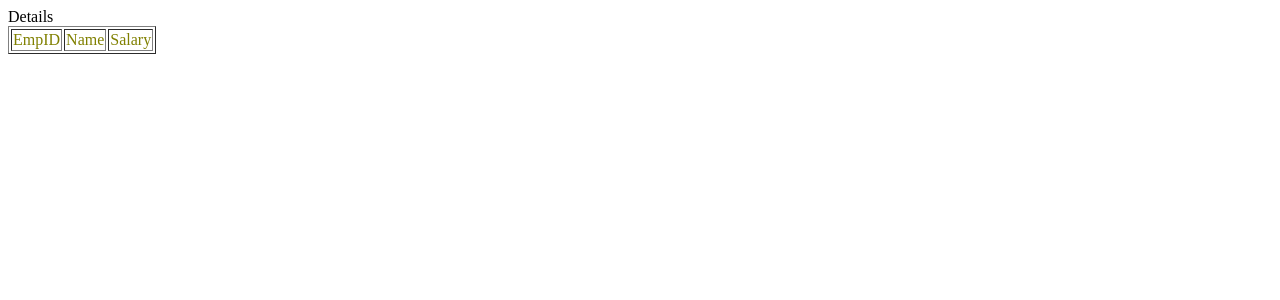
Repository: sakshipatil1305/Sak
Page: http://localhost/MyApp/showAll
These files come from the project's save history. The page is drawn as it stood at one moment and after the next save; the edit follows.
The browser window is 1280 px wide. The pictures show the whole page.
The page is served by Tomcat 9. Other server files are loaded and not shown. Queries for data that is not in the repository find no rows.

Above is the page before, as saved 2018-08-20 04:57:41.

### MyApp/WebContent/show.jsp
<%@page import="com.pojo.Employee"%>
<%@page import="java.util.List"%>
<%@ page language="java" contentType="text/html; charset=ISO-8859-1"
	pageEncoding="ISO-8859-1"%>
<!DOCTYPE html>
<html>
<head>
<meta charset="ISO-8859-1">
<title>Insert title here</title>
</head>
<body>

	<%
		List<Employee> list = (List<Employee>) request.getAttribute("employee");
	%>

	<table border="1" style="color: olive;">
		<thead align="center">
			<%
				out.println("Details");
			%>
		</thead>
		<tr>

			<td>
				<%
					out.println("EmpID");
				%>
			</td>
			<td>
				<%
					out.println("Name");
				%>
			</td>
			<td>
				<%
					out.println("Salary");
				%>
			</td>
		</tr>
		<%
			for (Employee emp : list) {
		%>
		<tr>
			<td>
				<%
					out.println(emp.getEmpid());
				%>
			</td>
			<td>
				<%
					out.println(emp.getName());
				%>
			</td>
			<td><%=emp.getSalary()%></td>
		</tr>
		<%
			}
		%>
	</table>
</body>
</html>

### MyApp/src/com/servlets/FindAllEmployee.java
package com.servlets;

import java.io.IOException;
import java.util.List;

import javax.servlet.RequestDispatcher;
import javax.servlet.ServletException;
import javax.servlet.annotation.WebServlet;
import javax.servlet.http.HttpServlet;
import javax.servlet.http.HttpServletRequest;
import javax.servlet.http.HttpServletResponse;

import com.dao.EmployeeDAO;
import com.pojo.Employee;

/**
 * Servlet implementation class FindAllEmployee
 */
@WebServlet({ "/FindAllEmployee", "/showAll" })
public class FindAllEmployee extends HttpServlet {
	private static final long serialVersionUID = 1L;

    /**
     * @see HttpServlet#HttpServlet()
     */
    public FindAllEmployee() {
        super();
        // TODO Auto-generated constructor stub
    }

	/**
	 * @see HttpServlet#doGet(HttpServletRequest request, HttpServletResponse response)
	 */
	protected void doGet(HttpServletRequest request, HttpServletResponse response) throws ServletException, IOException {
		// TODO Auto-generated method stub
		response.getWriter().append("Served at: ").append(request.getContextPath());
	EmployeeDAO dao=new EmployeeDAO();
	List<Employee> list =dao.findAllEmployees();

	request.setAttribute("employee", list);
	RequestDispatcher dispatcher=request.getRequestDispatcher("show.jsp");
	dispatcher.forward(request, response);
	}

}

### MyApp/src/com/dao/EmployeeDAO.java
package com.dao;

import java.sql.Connection;
import java.sql.ResultSet;
import java.sql.SQLException;
import java.sql.Statement;
import java.util.ArrayList;
import java.util.List;

import com.connections.MyConnection;
import com.pojo.Employee;

public class EmployeeDAO {

	public List<Employee> findAllEmployees() {
		Connection com = MyConnection.getMyConnection();
		List<Employee> employee = new ArrayList<>();

		String SELECT_ALL = "select * from employee1";

		try {
			Statement st = com.createStatement();
			ResultSet set = st.executeQuery(SELECT_ALL);

			while (set.next()) {
				Employee emp = new Employee();
				emp.setEmpid(set.getInt(1));
				emp.setName(set.getString(2));
				emp.setSalary(set.getInt(3));
				employee.add(emp);

			}
		} catch (SQLException e) {
			// TODO Auto-generated catch block
			e.printStackTrace();
		}
		return employee;

	}
}

### MyApp/src/com/connections/MyConnection.java
package com.connections;

import java.sql.Connection;
import java.sql.DriverManager;
import java.sql.SQLException;
import java.sql.Statement;

public class MyConnection {

	private static Connection con;

	public static Connection getMyConnection() {
		try {
			Class.forName("com.microsoft.sqlserver.jdbc.SQLServerDriver");
			con = DriverManager.getConnection("jdbc:sqlserver://localhost:1433;databaseName=CITI", "sa", "sa123");
			System.out.println("Connection Successful");

		} catch (ClassNotFoundException | SQLException e) {
			// TODO Auto-generated catch block
			e.printStackTrace();
		}
		return con;

	}

	public static void closeMyConnection() {

		try {
			con.close();
		} catch (SQLException e) {
			// TODO Auto-generated catch block
			e.printStackTrace();
		}
	}
}

After the next save:
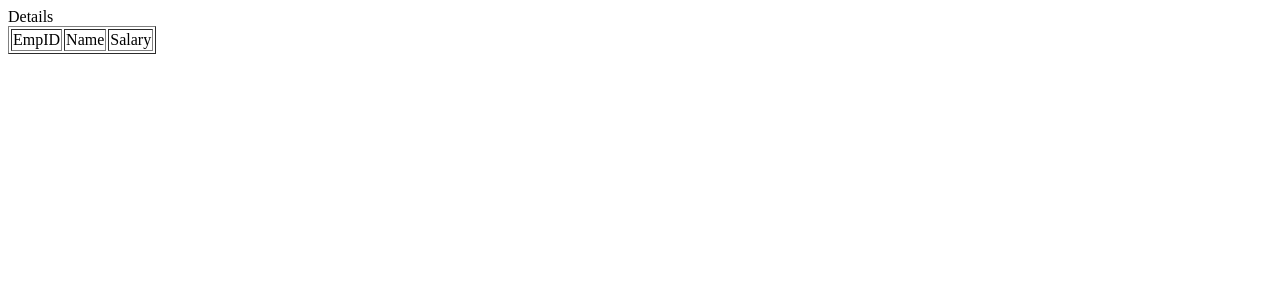
Saved 39 s later.
--- a/MyApp/WebContent/show.jsp
+++ b/MyApp/WebContent/show.jsp
@@ -14,7 +14,7 @@
 		List<Employee> list = (List<Employee>) request.getAttribute("employee");
 	%>
 
-	<table border="1" style="color: olive;">
+	<table border="1" >
 		<thead align="center">
 			<%
 				out.println("Details");

After the save that followed:
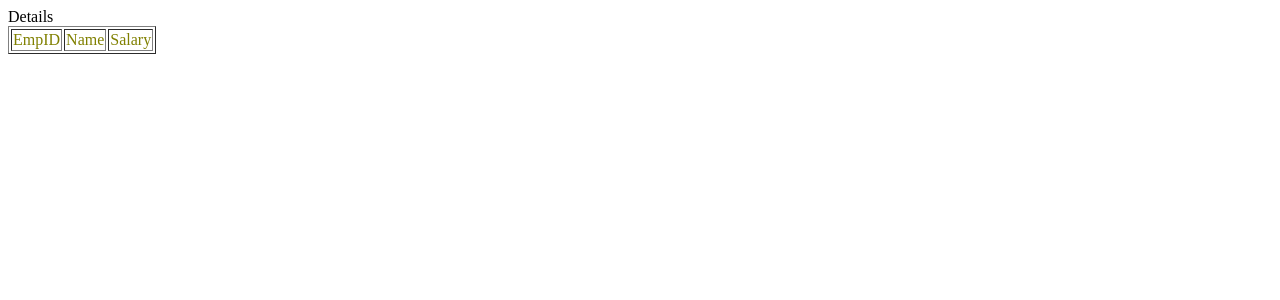
Saved 60 s later.
--- a/MyApp/WebContent/show.jsp
+++ b/MyApp/WebContent/show.jsp
@@ -14,7 +14,7 @@
 		List<Employee> list = (List<Employee>) request.getAttribute("employee");
 	%>
 
-	<table border="1" >
+	<table border="1" style="color: olive;">
 		<thead align="center">
 			<%
 				out.println("Details");
